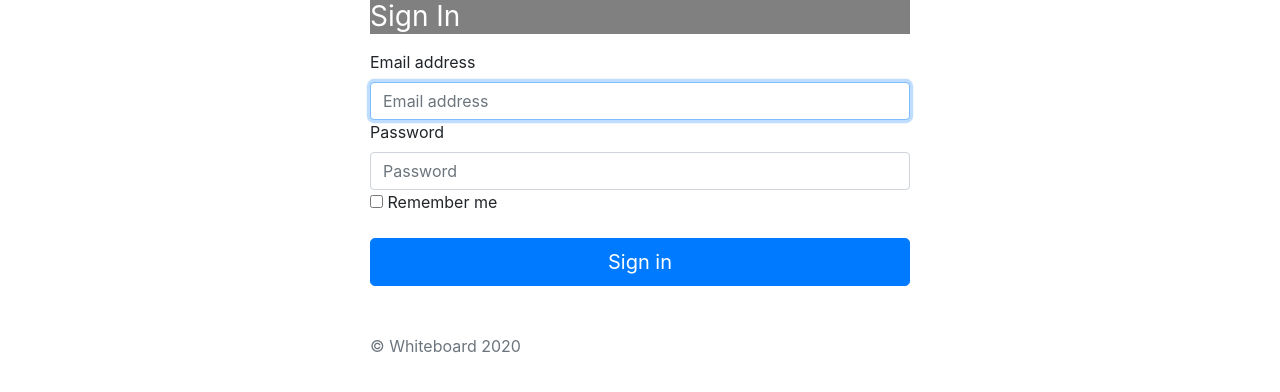
Repository: tinawu0603/cs4550-sp2020-whiteboard-springboot
Page: whiteboard/src/main/webapp/login/login.template.client.html
An editor plug-in stored every save of this project. The page is shown before and after the next save, followed by the edit.
The browser window is 1280 px wide. The pictures show the whole page.

Above is the page before, as saved 2020-01-15 22:27:29.
Not found: whiteboard/src/main/webapp/login/login.stylesheet.client.css

### whiteboard/src/main/webapp/login/login.template.client.html
<!DOCTYPE html>
<html>
<head>
<meta charset="ISO-8859-1">
<title>Login</title>
<link
	href="https://stackpath.bootstrapcdn.com/bootstrap/4.4.1/css/bootstrap.min.css"
	rel="stylesheet"
/>
<link href="../css/styles.css" rel="stylesheet" />
<link href="login.stylesheet.client.css" rel="stylesheet" />
</head>
<body>
	<div class="container">
		<div class="row">
			<div class="col-3"></div>
			<div class="col-6">
				<form class="form-signin">
					<h1 class="h3 mb-3 font-weight-normal">Sign In</h1>
					<label for="inputEmail">Email address</label>
					<input type="email" id="inputEmail" class="form-control"
						placeholder="Email address" required="" autofocus=""
					>
					<label for="inputPassword">Password</label>
					<input type="password" id="inputPassword" class="form-control"
						placeholder="Password" required=""
					>
					<div class="checkbox mb-3">
						<label>
							<input type="checkbox" value="remember-me">
							Remember me
						</label>
					</div>
					<button class="btn btn-lg btn-primary btn-block" type="submit">Sign
						in</button>
					<p class="mt-5 mb-3 text-muted">© Whiteboard 2020</p>
				</form>
			</div>
			<div class="col-3"></div>
		</div>
	</div>
</body>
</html>

### whiteboard/src/main/webapp/css/styles.css
@charset "ISO-8859-1";

h1 {
	color: white;
	background-color: gray;
}

.container {
    margin-right: auto;
    margin-left: auto;
}

After the next save:
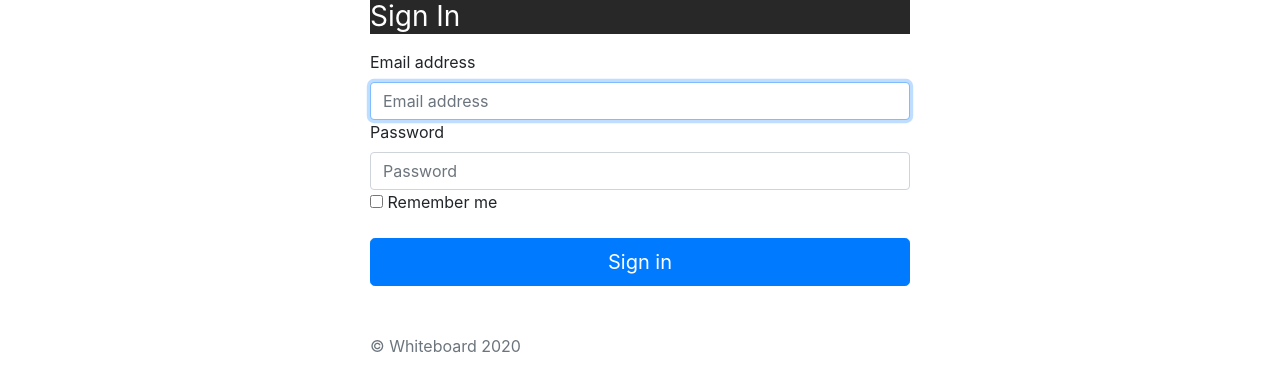
Saved 115 s later.
--- a/whiteboard/src/main/webapp/css/styles.css
+++ b/whiteboard/src/main/webapp/css/styles.css
@@ -2,7 +2,7 @@
 
 h1 {
 	color: white;
-	background-color: gray;
+	background-color: #282828;
 }
 
 .container {
